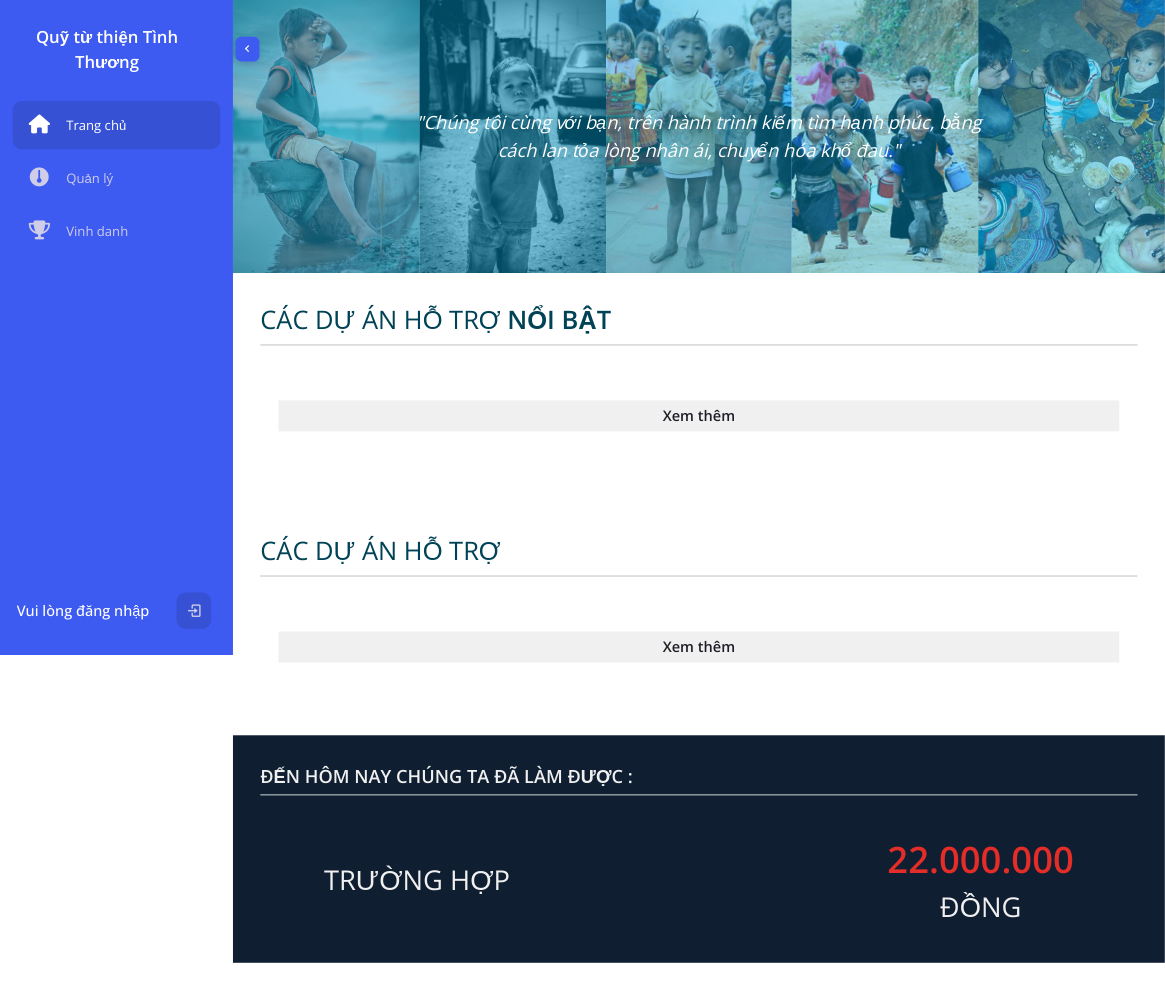
Repository: PhamTrungNguyen/tu-thien
Page: /update-user (app in frontend/my-app/)
These files come from the project's save history. The page is drawn as it stood at one moment and after the next save; the edit follows.
The browser window is 1280 px wide. The pictures show the whole page, at 91% of full size.
The page's requests for data from a server got no answer. The project was rebuilt for these pictures with package versions that can differ from the ones it lists, and the page was loaded fresh each time. Some packages were replaced by stand-ins written for this rebuild. No one was signed in, and anything a server would have sent is missing. Also part of the build but not shown: frontend/my-app/src/js/SignUpJS.js, frontend/my-app/src/components/input/Input.js, frontend/my-app/src/components/radio/Radio.js, frontend/my-app/src/layout/signPage/FormDialog.js, frontend/my-app/src/components/icon/IconEyeOpen.js, frontend/my-app/src/components/icon/IconEyeClose.js, frontend/my-app/src/layout/signPage/SignUpPage.js, frontend/my-app/src/layout/signPage/SignInPage.js and 22 more.

Above is the page before, as saved 2022-12-16 19:52:39.

After the next save:
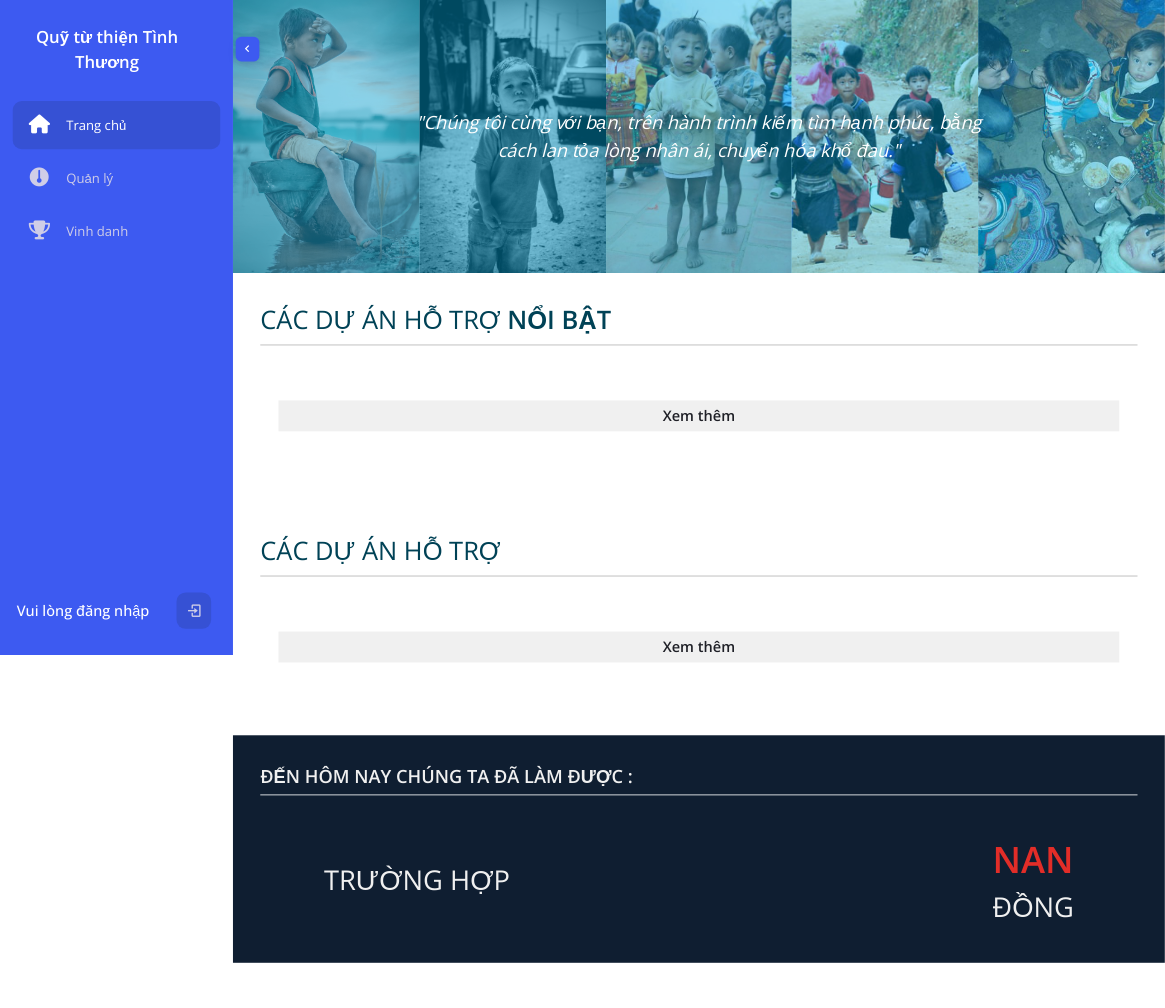
Saved 13 s later.
--- a/frontend/my-app/src/layout/homePage/Banner.js
+++ b/frontend/my-app/src/layout/homePage/Banner.js
@@ -39,7 +39,7 @@ const Banner = () => {
                         <h5 className="text-[30px] font-normal ">Trường hợp</h5>
                     </div>
                     <div className="flex items-center flex-col">
-                        <h3 className="text-[40px] text-[#e22d28] font-semibold">22.000.000</h3>
+                        <h3 className="text-[40px] text-[#e22d28] font-semibold">{money}</h3>
                         <h5 className="text-[30px] font-normal">Đồng</h5>
                     </div>
                 </div>
